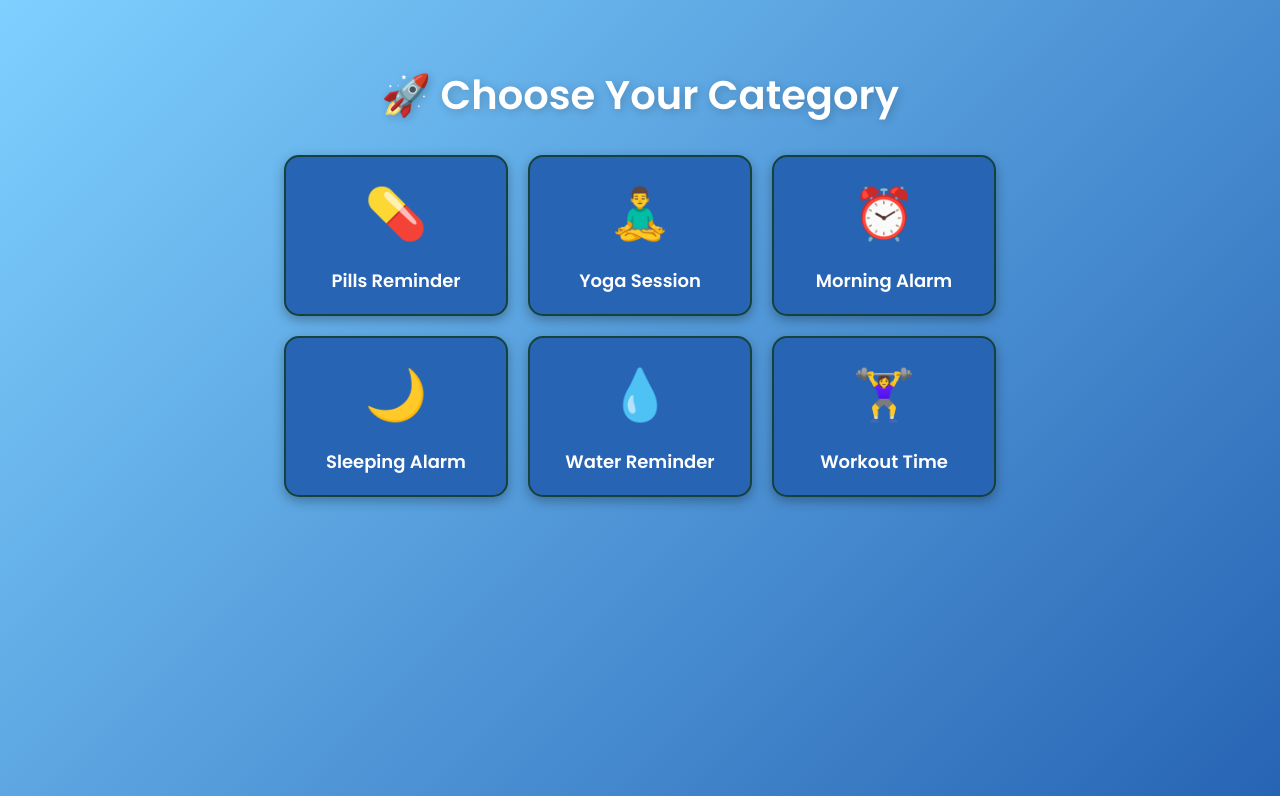
Repository: sarveshv9/Pill-Dispenser-Alert
Page: templates/categories.html
These files come from the project's save history. The page is drawn as it stood at one moment and after the next save; the edit follows.
The browser window is 1280 px wide. The pictures show the whole page.

Above is the page before, as saved 2025-03-19 11:20:04.

### templates/categories.html
<!DOCTYPE html>
<html lang="en">

<head>
  <meta charset="UTF-8">
  <meta name="viewport" content="width=device-width, initial-scale=1.0">
  <title>Choose Your Category</title>
  <link href="https://fonts.googleapis.com/css2?family=Poppins:wght@300;400;600&display=swap" rel="stylesheet">
  <style>
    body {
      font-family: 'Poppins', sans-serif;
      background: linear-gradient(135deg, #7fd0ff, #2764b4);
      color: #fff;
      min-height: 100vh;
      display: flex;
      flex-direction: column;
      align-items: center;
      padding: 30px;
      text-align: center;
    }

    h1 {
      margin-bottom: 30px;
      font-size: 2.5rem;
      text-shadow: 2px 2px 10px rgba(0, 0, 0, 0.2);
    }

    .category-container {
      display: flex;
      flex-wrap: wrap;
      gap: 20px;
      justify-content: center;
      max-width: 900px;
    }

    .category-box {
      background-color: #2764b4;
      padding: 20px;
      width: 180px;
      border-radius: 15px;
      border: 2px solid #16423C;
      box-shadow: 0 4px 12px rgba(0, 0, 0, 0.3);
      cursor: pointer;
      transition: transform 0.3s ease, box-shadow 0.3s ease;
    }

    .category-box:hover {
      transform: translateY(-8px);
      box-shadow: 0 6px 16px rgba(0, 0, 0, 0.4);
    }

    .category-icon {
      font-size: 50px;
      margin-bottom: 15px;
    }

    .category-name {
      font-size: 18px;
      font-weight: 600;
    }
  </style>
</head>

<body>

  <h1>🚀 Choose Your Category</h1>

  <div class="category-container">
    <div class="category-box" onclick="selectCategory('Pills Reminder')">
      <div class="category-icon">💊</div>
      <div class="category-name">Pills Reminder</div>
    </div>

    <div class="category-box" onclick="selectCategory('Yoga Session')">
      <div class="category-icon">🧘‍♂️</div>
      <div class="category-name">Yoga Session</div>
    </div>

    <div class="category-box" onclick="selectCategory('Morning Alarm')">
      <div class="category-icon">⏰</div>
      <div class="category-name">Morning Alarm</div>
    </div>

    <div class="category-box" onclick="selectCategory('Sleeping Alarm')">
      <div class="category-icon">🌙</div>
      <div class="category-name">Sleeping Alarm</div>
    </div>

    <div class="category-box" onclick="selectCategory('Water Reminder')">
      <div class="category-icon">💧</div>
      <div class="category-name">Water Reminder</div>
    </div>

    <div class="category-box" onclick="selectCategory('Workout Time')">
      <div class="category-icon">🏋️‍♀️</div>
      <div class="category-name">Workout Time</div>
    </div>
  </div>

  <script>
    function selectCategory(category) {
      alert(`You selected: ${category}`);
      // Add redirection or further actions here
    }
  </script>

</body>

</html>

After the next save:
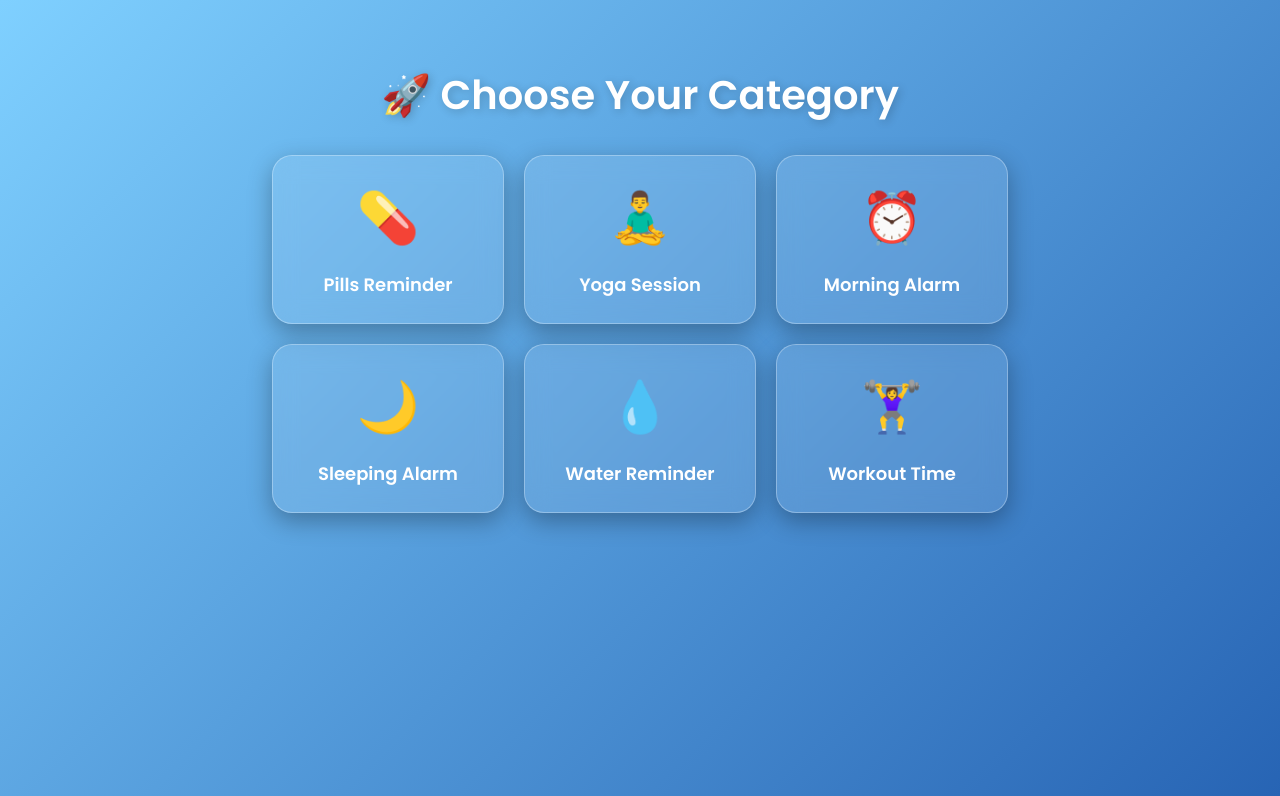
Saved 60 s later.
--- a/templates/categories.html
+++ b/templates/categories.html
@@ -34,19 +34,22 @@
     }
 
     .category-box {
-      background-color: #2764b4;
-      padding: 20px;
       width: 180px;
-      border-radius: 15px;
-      border: 2px solid #16423C;
-      box-shadow: 0 4px 12px rgba(0, 0, 0, 0.3);
+      padding: 25px;
+      border-radius: 20px;
+      background: rgba(255, 255, 255, 0.1);
+      backdrop-filter: blur(12px);
+      -webkit-backdrop-filter: blur(12px);
+      box-shadow: 0 8px 24px rgba(0, 0, 0, 0.3);
+      border: 1px solid rgba(255, 255, 255, 0.3);
       cursor: pointer;
       transition: transform 0.3s ease, box-shadow 0.3s ease;
+      color: #fff;
     }
 
     .category-box:hover {
-      transform: translateY(-8px);
-      box-shadow: 0 6px 16px rgba(0, 0, 0, 0.4);
+      transform: translateY(-10px);
+      box-shadow: 0 12px 30px rgba(0, 0, 0, 0.4);
     }
 
     .category-icon {
@@ -100,7 +103,7 @@
   <script>
     function selectCategory(category) {
       alert(`You selected: ${category}`);
-      // Add redirection or further actions here
+      // You can redirect or perform further actions here
     }
   </script>
 
